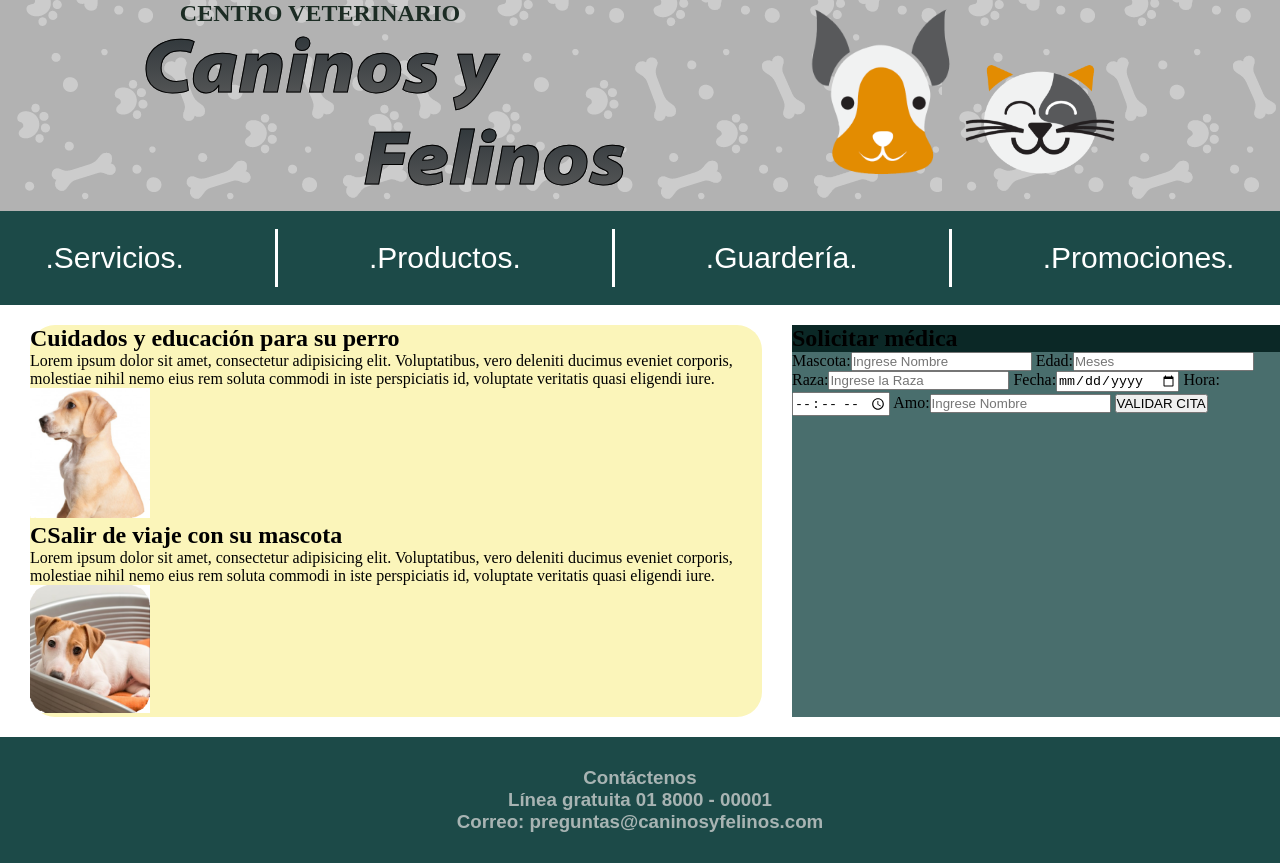
Repository: mariomr87/senaweb01
Page: principal.html
An editor plug-in stored every save of this project. The page is shown before and after the next save, followed by the edit.
The browser window is 1280 px wide. The pictures show the whole page.

Above is the page before, as saved 2021-10-23 09:45:39.

### principal.html
<!DOCTYPE html>
<html lang="en">
<head>
    <meta charset="UTF-8">
    <meta http-equiv="X-UA-Compatible" content="IE=edge">
    <meta name="viewport" content="width=device-width, initial-scale=1.0">
    <link rel="stylesheet" href="estilos.css">
    <title>Document</title>
</head>
<body>
    <div>
        <header>
            <div id="cabecera">
                <div class="header-text">
                    <h3>CENTRO VETERINARIO</h3>
                    <h1><span id="header-text-degrad">Caninos y <br><span id="text-felinos">Felinos</span></spa></h1>
                </div>
                <div class="header-img">
                    <img src="./imagenes/dog_white.png" alt="">
                    <img src="./imagenes/cat_white.png" alt="">
                </div>
            </div>
        </header>
        <nav>
            <td>
                <tr><a href="">.Servicios.</a><span class="linea"></span></tr>
                <tr><a href="">.Productos.</a><span class="linea"></span></tr>
                <tr><a href="">.Guardería.</a><span class="linea"></span></tr>
                <tr><a href="">.Promociones.</a></tr>
            </td>
        </nav>
        <div class="centro-pag">
            <section>
                <article>
                    <h2>Cuidados y educación para su perro</h2>
                    <p>Lorem ipsum dolor sit amet, consectetur adipisicing elit. Voluptatibus, vero deleniti ducimus eveniet corporis, molestiae nihil nemo eius rem soluta commodi in iste perspiciatis id, voluptate veritatis quasi eligendi iure.</p>
                    <div><img src="./imagenes/perro1.png" alt=""></div>
                </article>
                <article>
                    <h2>CSalir de viaje con su mascota</h2>
                    <p>Lorem ipsum dolor sit amet, consectetur adipisicing elit. Voluptatibus, vero deleniti ducimus eveniet corporis, molestiae nihil nemo eius rem soluta commodi in iste perspiciatis id, voluptate veritatis quasi eligendi iure.</p>
                    <div><img src="./imagenes/perro2.png" alt=""></div>
                </article>
            </section>
            <aside>
                <form action="">
                    <div><h2>Solicitar médica</h2></div>
                    <div class="cuestionario">
                        <label for="mascota_name">Mascota:</label><input type="text" placeholder="Ingrese Nombre" id="">
                        <label for="age_pet">Edad:</label><input type="number" name="" id="" placeholder="Meses">
                        <label for="raza_pet">Raza:</label><input type="text" name="" id="" placeholder="Ingrese la Raza">
                        <label for="fecha_ingreso_pet">Fecha:</label><input type="date" name="" id="">
                        <label for="hora_ingreso_pet">Hora:</label><input type="time" name="" id="">
                        <label for="amo_pet">Amo:</label><input type="text" name="" id="" placeholder="Ingrese Nombre">
                        <button type="submit">VALIDAR CITA</button>
                    </div>
                </form>
            </aside>
        </div>
        <footer>
            <h3>Contáctenos</h3>
            <h3>Línea gratuita 01 8000 - 00001</h3>
            <h3>Correo: preguntas@caninosyfelinos.com</h3>
        </footer>
    </div>
</body>
</html>

### estilos.css
*{
    margin: 0px;
    padding: 0px;
}

@font-face {
    font-family: Myriad_Pro ;
    src: url(./extra/MyriadProBlackSemiExtendedItalic.otf);
}

h1{
    font-family: Myriad_pro;
}

header div img{
    width: 10em;
}

#cabecera{
    background-image: url("./imagenes/fondo.png");
    background-repeat: initial;
    width: 100%;
    display: flex;
    text-align: center;
}

.header-text,.header-img{
    width:50%;
}

.header-text h3{
    font-size: 1.5em;
    color:#1c2c24;
}

.header-text h1{
    font-size: 4.8em;
}

#header-text-degrad{
    background: linear-gradient(#30373b,#5c5c5c);
    -webkit-background-clip: text;
    -webkit-text-fill-color: transparent;
    -webkit-text-stroke: 1px black;
}

#text-felinos{
    margin-left: 350px;
}

nav{
    display: flex;
    flex-direction: row;
    justify-content: space-around;
    background: #1c4a48;
    margin-bottom: 20px;
}

nav a{
    color: #fff;
    text-decoration: none;
    font-size: 30px;
    font-family: Arial, Helvetica, sans-serif;
    padding: 30px 0;

}

.linea{
    border-right: 3px solid #fff;
    margin: 18px 0;
}

.centro-pag{
    display: flex;
}

.centro-pag section{
    border-radius: 25px;
}

section{
    flex-direction: column;
    background: #fbf5ba;
    width: 60%;
    margin: 0 30px;
}

article div img {
    width: 120px;
}

.cuestionario{
  display: block;
}

form  div h2{
    background:#0b2826 ;
}

aside{
    background: #496e6d;
    width: 40%;
}

footer{
    text-align: center;
    background: #1c4a48;
    color: #a8b4b3;
    padding: 30px 0;
    font-family: Arial, Helvetica, sans-serif;
    margin-top: 20px;
}

After the next save:
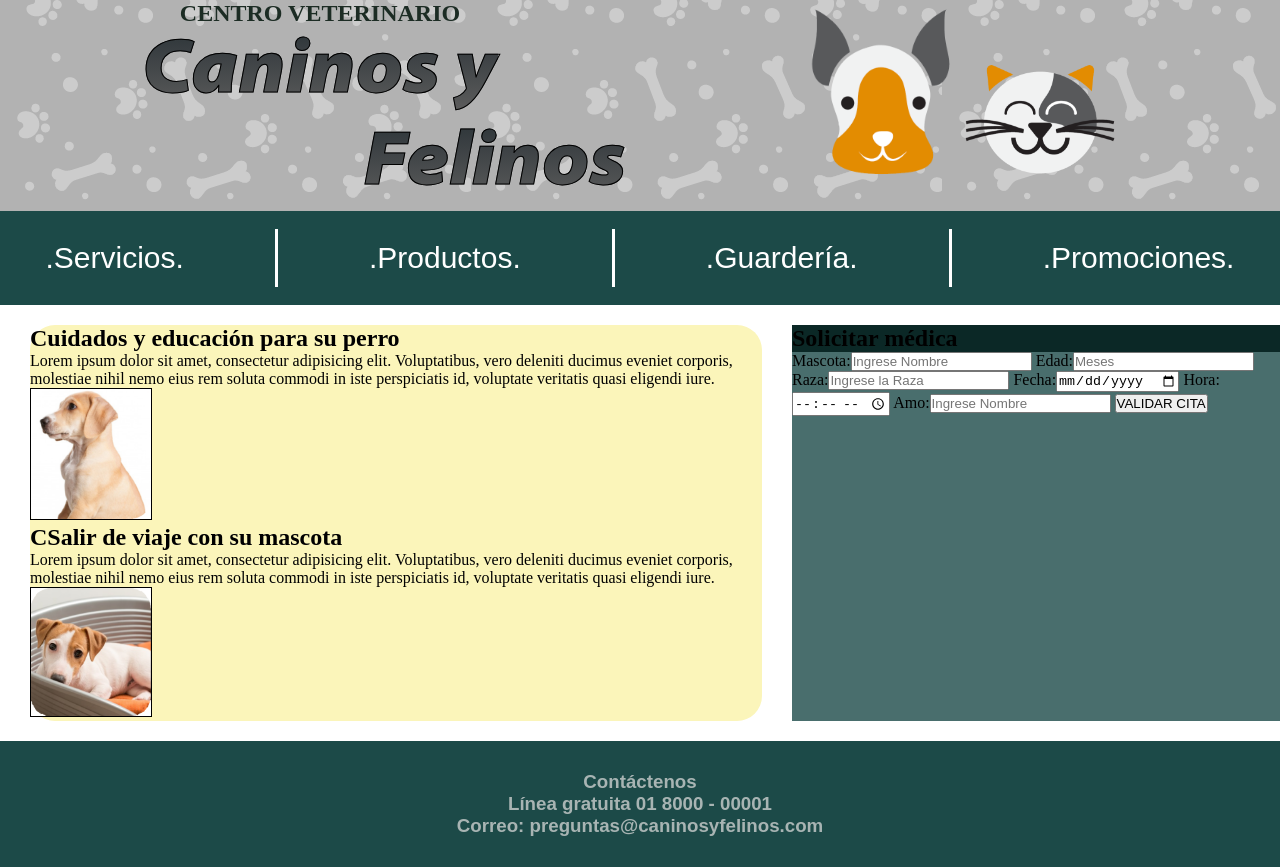
Saved 45 s later.
--- a/estilos.css
+++ b/estilos.css
@@ -87,6 +87,7 @@ section{
 
 article div img {
     width: 120px;
+    border: 1px solid black;
 }
 
 .cuestionario{
